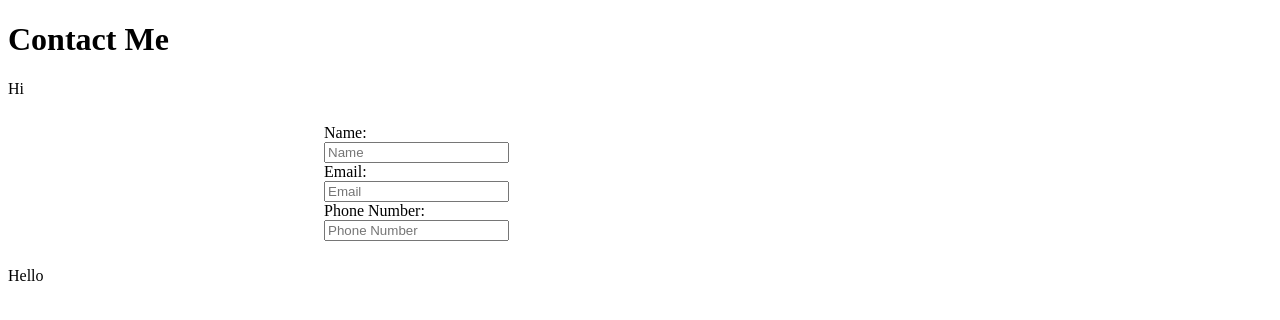
Repository: JanakanS95/COMP-229-Assignment-1
Page: http://localhost/contact
An editor plug-in stored every save of this project. The page is shown before and after the next save, followed by the edit.
The browser window is 1280 px wide. The pictures show the whole page.
The page is served by the project's Node server (app.js).

Above is the page before, as saved 2021-06-03 16:59:41.

After the next save:
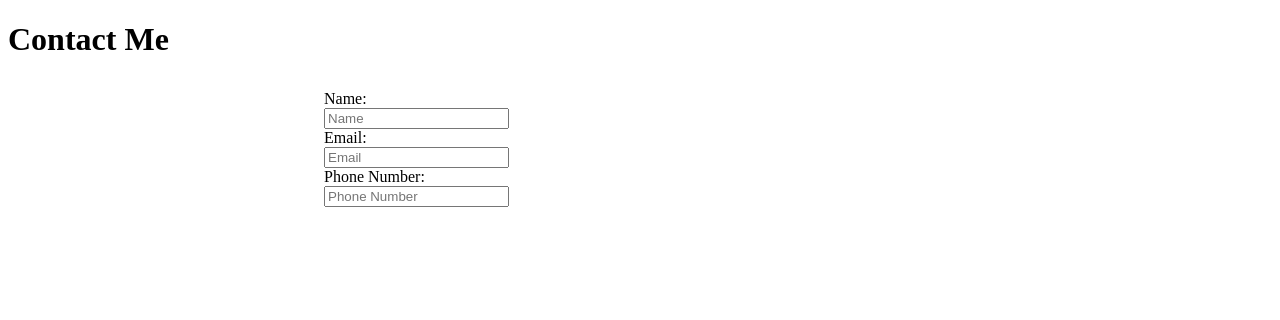
Saved 17 s later.
--- a/views/contact.ejs
+++ b/views/contact.ejs
@@ -6,7 +6,6 @@
   </head>
   <body>
     <h1><%= title %></h1>
-    <p>Hi</p>
     <form>
         <label>Name:</label>
         <br>
@@ -21,6 +20,5 @@
         <input id='phone' placeholder='Phone Number' type='tel'>
         <br>
     </form>
-    <p>Hello</p>
   </body>
 </html>
